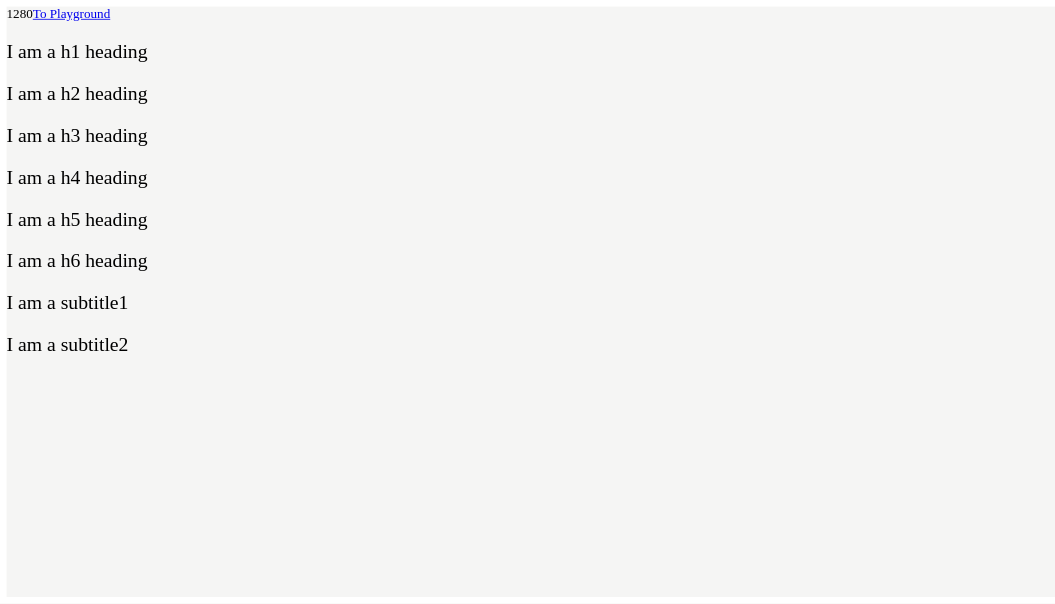
Repository: Terrycoco/coco-playground-starter
Page: /
The author's editor kept a copy of each file at every save. The page is drawn from the files as they stood at one save, then again after the next save.
The browser window is 1280 px wide. The page is 1287 px wide, so the pictures cover 1287 px, including what lies to the right of the window. The pictures show the whole page, at 82% of full size.
Some web fonts or font styles are not loaded; a fallback is used. The project was rebuilt for these pictures with package versions that can differ from the ones it lists, and the page was loaded fresh each time. The framework's server and built-in components were replaced by stand-ins that run in the browser. Also part of the build but not shown: next.config.js, src/dev/components/dropdowns/ColorDropdown.js, src/dev/components/dropdowns/FontDropdown.js, src/dev/components/dropdowns/Dropdown.js.

Above is the page before, as saved 2023-02-16 14:15:08.

### src/pages/_app.js
import "@/styles/globals.css";
import Head from "next/head";
import { ThemeProvider, ViewportProvider } from "@/context";
import "../libraries/fontawesome";
import { fontVariables } from "@/utils/fonts";
import CSSVariables from "@/styles/CSSVariables";

export default function App({ Component, pageProps }) {
  return (
    <div className={fontVariables}>
      <ViewportProvider>
        <ThemeProvider key="themeprovider">
          <CSSVariables>
            <Head>
              <meta
                name="viewport"
                content="width=device-width, initial-scale=1.0"
              />
            </Head>

            <Component {...pageProps} />
          </CSSVariables>
        </ThemeProvider>
      </ViewportProvider>
    </div>
  );
}

### src/pages/index.js
import Head from "next/head";
import Image from "next/image";
import { Inter } from "@next/font/google";
import Link from "next/link";
import Page from "@/components/layout/Page";
//import styles from "@/styles/Home.module.css";

import { ColorDropdown } from "@/dev/components/dropdowns";

const inter = Inter({ subsets: ["latin"] });

export default function Home() {
  return (
    <>
      <Head>
        <title>Create Next App</title>
        <meta name="description" content="Generated by create next app" />
        <meta name="viewport" content="width=device-width, initial-scale=1" />
        <link rel="icon" href="/favicon.ico" />
      </Head>
      <main>
        <Page>
          <Link
            type="button"
            className="inline-block px-6 py-2.5 bg-blue-600 text-white font-medium text-xs leading-tight uppercase rounded shadow-md hover:bg-blue-700 hover:shadow-lg focus:bg-blue-700 focus:shadow-lg focus:outline-none focus:ring-0 active:bg-blue-800 active:shadow-lg transition duration-150 ease-in-out"
            href="/playground"
          >
            To Playground
          </Link>
          <section style={{ maxWidth: "600px" }}>
            <p key={Math.random()} elem="h1">
              I am a h1 heading
            </p>

            <p key={Math.random()} elem="h2">
              I am a h2 heading
            </p>
            <p key={Math.random()} elem="h3">
              I am a h3 heading
            </p>
            <p key={Math.random()} elem="h4">
              I am a h4 heading
            </p>

            <p key={Math.random()} elem="h5">
              I am a h5 heading
            </p>
            <p key={Math.random()} elem="h6">
              I am a h6 heading
            </p>
            <p key={Math.random()} elem="subtitle1">
              I am a subtitle1
            </p>
            <p key={Math.random()} elem="subtitle2">
              I am a subtitle2
            </p>
          </section>
        </Page>
      </main>
    </>
  );
}

### src/styles/globals.css
h1 {
  font-size: calc(2em * var(--text-multiplier, 1));
}

p {
  font-size: calc(1em * var(--text-multiplier, 1));
}

@media (min-width: 480px) {
  :root {
    --text-multiplier: 1.25;
  }
}

@media (min-width: 640px) {
  :root {
    --text-multiplier: 1.5;
  }
}

/* :root {
  --max-width: 1100px;
  --border-radius: 12px;
  --font-mono: ui-monospace, Menlo, Monaco, "Cascadia Mono", "Segoe UI Mono",
    "Roboto Mono", "Oxygen Mono", "Ubuntu Monospace", "Source Code Pro",
    "Fira Mono", "Droid Sans Mono", "Courier New", monospace;

  --foreground-rgb: 0, 0, 0;
  --background-start-rgb: 214, 219, 220;
  --background-end-rgb: 255, 255, 255;

  --primary-glow: conic-gradient(
    from 180deg at 50% 50%,
    #16abff33 0deg,
    #0885ff33 55deg,
    #54d6ff33 120deg,
    #0071ff33 160deg,
    transparent 360deg
  );
  --secondary-glow: radial-gradient(
    rgba(255, 255, 255, 1),
    rgba(255, 255, 255, 0)
  );

  --tile-start-rgb: 239, 245, 249;
  --tile-end-rgb: 228, 232, 233;
  --tile-border: conic-gradient(
    #00000080,
    #00000040,
    #00000030,
    #00000020,
    #00000010,
    #00000010,
    #00000080
  );

  --callout-rgb: 238, 240, 241;
  --callout-border-rgb: 172, 175, 176;
  --card-rgb: 180, 185, 188;
  --card-border-rgb: 131, 134, 135;
}

@media (prefers-color-scheme: dark) {
  :root {
    --foreground-rgb: 255, 255, 255;
    --background-start-rgb: 0, 0, 0;
    --background-end-rgb: 0, 0, 0;

    --primary-glow: radial-gradient(rgba(1, 65, 255, 0.4), rgba(1, 65, 255, 0));
    --secondary-glow: linear-gradient(
      to bottom right,
      rgba(1, 65, 255, 0),
      rgba(1, 65, 255, 0),
      rgba(1, 65, 255, 0.3)
    );

    --tile-start-rgb: 2, 13, 46;
    --tile-end-rgb: 2, 5, 19;
    --tile-border: conic-gradient(
      #ffffff80,
      #ffffff40,
      #ffffff30,
      #ffffff20,
      #ffffff10,
      #ffffff10,
      #ffffff80
    );

    --callout-rgb: 20, 20, 20;
    --callout-border-rgb: 108, 108, 108;
    --card-rgb: 100, 100, 100;
    --card-border-rgb: 200, 200, 200;
  }
}

* {
  box-sizing: border-box;
  padding: 0;
  margin: 0;
}

html,
body {
  max-width: 100vw;
  overflow-x: hidden;
}

body {
  color: rgb(var(--foreground-rgb));
  background: linear-gradient(
      to bottom,
      transparent,
      rgb(var(--background-end-rgb))
    )
    rgb(var(--background-start-rgb));
}

a {
  color: inherit;
  text-decoration: none;
}

@media (prefers-color-scheme: dark) {
  html {
    color-scheme: dark;
  }
} */

### src/context/index.js
import { ThemeProvider } from "./ThemeContext";
import { ViewportProvider } from "./ViewportContext";

module.exports = { ThemeProvider, ViewportProvider };

### src/libraries/fontawesome.js
// import the library
import { library, config } from "@fortawesome/fontawesome-svg-core";

//import your icons
import { faSquare } from "@fortawesome/free-solid-svg-icons";

config.autoAddCss = false;

library.add(
  faSquare
  // more icons go here
);

### src/utils/fonts.js
import { toCamelCase, isOneOf } from "@/utils/strings";

//import from @next/font
import {
  Raleway,
  Inter,
  Space_Mono,
  Playfair_Display,
  Nunito,
  Rubik,
  Work_Sans,
  Quicksand,
  Karla,
  Josefin_Sans,
  //Noto_Sans_Bengali,
  Lora,
  Bitter,
  Roboto_Serif,
  //Noto_Serif_Bengali,
  // Noto_Sans_Display,
  // Noto_Serif_Display,
  Roboto_Mono,
  Comfortaa,
  Open_Sans,
  Oleo_Script,
  Sansita_Swashed,
  Roboto_Flex,
  Montserrat,
} from "@next/font/google";

//load each font (must do this manually UNFORTUNATELY!!!!)
const raleway = Raleway({
  subsets: ["latin"],
  variable: "--font-raleway",
});
const inter = Inter({
  subsets: ["latin"],
  variable: "--font-inter",
});
const spaceMono = Space_Mono({
  subsets: ["latin"],
  variable: "--font-space-mono",
  weight: "400",
});
const playfairDisplay = Playfair_Display({
  subsets: ["latin"],
  variable: "--font-playfair-display",
});
const nunito = Nunito({
  subsets: ["latin"],
  variable: "--font-nunito",
});
const rubik = Rubik({
  subsets: ["latin"],
  variable: "--font-rubik",
});
const workSans = Work_Sans({
  subsets: ["latin"],
  variable: "--font-work-sans",
});
const quicksand = Quicksand({
  subsets: ["latin"],
  variable: "--font-quicksand",
});
const karla = Karla({
  subsets: ["latin"],
  variable: "--font-karla",
});
const josefinSans = Josefin_Sans({
  subsets: ["latin"],
  variable: "--font-josefin-sans",
});
// const notoSansBengali = Noto_Sans_Bengali({
//   subsets: ["latin"],
//   variable: "--font-noto-sans-bengali",
// });
const lora = Lora({
  subsets: ["latin"],
  variable: "--font-lora",
});
const bitter = Bitter({
  subsets: ["latin"],
  variable: "--font-bitter",
});
const robotoSerif = Roboto_Serif({
  subsets: ["latin"],
  variable: "--font-roboto-serif",
});
// const notoSerifBengali = Noto_Serif_Bengali({
//   subsets: ["latin"],
//   variable: "--font-noto-serif-bengali",
// });

// const notoSansDisplay = Noto_Sans_Display({
//   subsets: ["latin"],
//   variable: "--font-noto-sans-display",
// });
// const notoSerifDisplay = Noto_Serif_Display({
//   subsets: ["latin"],
//   variable: "--font-noto-serif-display",
// });
const robotoMono = Roboto_Mono({
  subsets: ["latin"],
  variable: "--font-roboto_mono",
});
const comfortaa = Comfortaa({
  subsets: ["latin"],
  variable: "--font-comfortaa",
});
const openSans = Open_Sans({
  subsets: ["latin"],
  variable: "--font-open_sans",
});
const oleoScript = Oleo_Script({
  subsets: ["latin"],
  variable: "--font-oleo-script",
  weight: "400",
});
const sansitaSwashed = Sansita_Swashed({
  subsets: ["latin"],
  variable: "--font-sansita-swashed",
});
const robotoFlex = Roboto_Flex({
  subsets: ["latin"],
  variable: "--font-roboto-flex",
});
const montserrat = Montserrat({
  subsets: ["latin"],
  variable: "--font-montserrat",
});

//add the result to font list so we can access
const fonts = {
  raleway: {
    category: ["sans"],
    name: "Raleway",
    config: raleway,
  },
  inter: {
    category: ["sans"],
    name: "Inter",
    config: inter,
  },
  spaceMono: {
    category: ["mono"],
    name: "Space Mono",
    config: spaceMono,
  },
  playfairDisplay: {
    category: ["display"],
    name: "Playfair Display",
    config: playfairDisplay,
  },

  nunito: {
    category: ["sans"],
    name: "Nunito",
    config: nunito,
  },

  rubik: {
    category: ["sans"],
    name: "Rubik",
    config: rubik,
  },

  workSans: {
    category: ["sans"],
    name: "Work Sans",
    config: workSans,
  },
  quicksand: {
    category: ["sans"],
    name: "Quicksand",
    config: quicksand,
  },

  karla: {
    category: ["sans"],
    name: "Karla",
    config: karla,
  },
  josefinSans: {
    category: ["sans"],
    name: "Josefin Sans",
    config: josefinSans,
  },
  // notoSansBengali: {
  //   category: ["sans"],
  //   name: "Noto Sans Bengali",
  //   config: notoSansBengali,
  // },
  lora: {
    category: ["serif"],
    name: "Lora",
    config: lora,
  },
  bitter: {
    category: ["serif"],
    name: "Bitter",
    config: bitter,
  },
  robotoSerif: {
    category: ["serif"],
    name: "Roboto Serif",
    config: robotoSerif,
  },

  // notoSerifBengali: {
  //   category: ["serif"],
  //   name: "Noto Serif Bengali",
  //   config: notoSerifBengali,
  // },
  // notoSansDisplay: {
  //   category: ["display"],
  //   name: "Noto Sans Display",
  //   config: notoSansDisplay,
  // },
  // notoSerifDisplay: {
  //   category: ["display"],
  //   name: "Noto Serif Display",
  //   config: notoSerifDisplay,
  // },
  robotoMono: {
    category: ["mono"],
    name: "Roboto Mono",
    config: robotoMono,
  },
  comfortaa: {
    category: ["display"],
    name: "Comfortaa",
    config: comfortaa,
  },
  openSans: {
    category: ["display", "sans"],
    name: "Open Sans",
    config: openSans,
  },
  oleoScript: {
    category: ["display", "special"],
    name: "Oleo Script",
    config: oleoScript,
  },
  sansitaSwashed: {
    category: ["display", "special"],
    name: "Sansita Swashed",
    config: sansitaSwashed,
  },
  robotoFlex: {
    category: ["sans", "display", "special"],
    name: "Roboto Flex",
    config: robotoFlex,
  },
  montserrat: {
    category: ["sans", "display", "special"],
    name: "Montserrat",
    config: montserrat,
  },
};

//just return variables for use in _app (dev only)
const allFontVariables = () => {
  let result = ` `;
  for (const font in fonts) {
    result += `${fonts[font].config.variable} `;
  }
  return result;
};

//just return variables for use in _app (dev only)
const allFontClassNames = () => {
  let result = ` `;
  for (const font in fonts) {
    result += `${fonts[font].config.className} `;
  }
  return result;
};

const getFontsByCategory = () => {
  let result = {
    sans: [],
    serif: [],
    display: [],
    mono: [],
    special: [],
  };

  const fontKeys = Object.keys(fonts);

  fontKeys.forEach((fontkey) => {
    let fontObj = fonts[fontkey];

    for (const cat in fontObj.category) {
      let category = fontObj.category[cat];

      result[category].push(fontObj.name);
    }
  });

  result.sans.sort();
  result.serif.sort();
  result.display.sort();
  result.mono.sort();
  result.special.sort();
  // console.log("font list:", result);
  return result;
};

const getFontByName = (name) => {
  let varname = name.replace(" ", "");
  let key = varname[0].toLowerCase() + varname.substring(1);
  let obj = fonts[key];
  return obj;
};

const getFontClassName = (name) => {
  let obj = getFontByName(name);
  if (typeof obj === "object") {
    console.log(name, " classname:", obj.config.className);
    return obj.config.className;
  } else {
    return "";
  }
};

const getFontVariable = (name) => {
  let str = name.replaceAll(" ", "-").toLowerCase();
  return `var(--font-${str})`;
};

const getFontNameFromVar = (variable = "") => {
  if (variable.length === 0) return;
  let str = variable.slice(11, variable.length - 1);

  // TODO: futureproof list of theme categories
  if (isOneOf(str, ["body", "display", "special", "mono"])) {
    return str;
  }

  let words = str.split("-");
  words = words.map((word) => {
    return word[0].toUpperCase() + word.substring(1);
  });

  return words.join(" ");
};

const fontVariables = allFontVariables();
const fontClassNames = allFontClassNames();

export {
  getFontsByCategory,
  fontVariables,
  fontClassNames,
  fonts,
  getFontByName,
  getFontClassName,
  getFontVariable,
  getFontNameFromVar,
};

### src/styles/CSSVariables.js
//to create global CSS variables dependent on Theme
import styled from "styled-components";
import { useTheme } from "@/hooks";
import { fontVariables, getFontVariable } from "@/utils/fonts";

//TODO MAKE THIS DYNAMIC LOADING OF FONT CATEGORIES?
const Vars = styled.div`
  --font-body: ${(props) => props.theme.fonts.body};
  --font-display: ${(props) => props.theme.fonts.display};
  --font-special: ${(props) => props.theme.fonts.special};
  --font-mono: ${(props) => props.theme.fonts.mono};
  --clr-primary: ${(props) => props.theme.colors.primary};
  --clr-blackish75: ${(props) => props.theme.colors.blackish75};
`;

const CSSVariables = (props) => {
  const { theme } = useTheme();
  return <Vars theme={theme}>{props.children}</Vars>;
};

export default CSSVariables;

### src/components/layout/Page.js
import styled from "styled-components";
import { useTheme, useViewport } from "@/hooks";

let StyledPage = styled.div`
  min-height: 100vh;
  width: calc(100vw - 1px);
  overflow-x: hidden;
  overflow-y: auto;
  z-index: 0;
  background-color: white;
`;

const Page = (props) => {
  const { theme } = useTheme();
  const { width } = useViewport();
  const breakpoint = 620;

  return (
    <StyledPage
      style={theme.layout.page}
      {...props}
      onClick={(e) =>
        props.onClick ? props.onClick(e, "layout", "page") : null
      }
    >
      {width}
      {props.children}
    </StyledPage>
  );
};

export default Page;

### src/dev/components/dropdowns/index.js
import ColorDropdown from "./ColorDropdown";
import FontDropdown from "./FontDropdown";
import Dropdown from "./Dropdown";

module.exports = { ColorDropdown, FontDropdown, Dropdown };

### src/context/ThemeContext.js
import { createContext, useState, useContext } from "react";
import { initVariants } from "@/dev/utils/colorUtils";
import { currentTheme as mytheme } from "@/themes";

//create context object with defaults
export const ThemeContext = createContext({
  theme: {},
  setTheme: () => {},
});

//export Provider
export function ThemeProvider(props) {
  const setTheme = (theme) => {
    setState({ ...state, theme: theme });
  };
  const initState = {
    theme: initVariants(mytheme),
    setTheme: setTheme,
  };

  const [state, setState] = useState(initState);
  // console.log("initialTheme: , ", state);
  return (
    <ThemeContext.Provider value={state}>
      {props.children}
    </ThemeContext.Provider>
  );
}

//export useContext hook
export function useTheme() {
  return useContext(ThemeContext);
}

### src/context/ViewportContext.js
import { useContext, createContext, useState, useEffect } from "react";

export const viewportContext = createContext({});

export const ViewportProvider = ({ children }) => {
  const [width, setWidth] = useState(0); //avoid window not defined error

  const handleWindowResize = () => {
    setWidth(window.innerWidth);
  };

  useEffect(() => {
    //lets set initial size here
    setWidth(window.innerWidth);
    //and listen for changes
    window.addEventListener("resize", handleWindowResize);

    return () => window.removeEventListener("resize", handleWindowResize);
  }, []);

  return (
    <viewportContext.Provider value={{ width }}>
      {children}
    </viewportContext.Provider>
  );
};

export const useViewport = () => {
  const { width } = useContext(viewportContext);
  return { width };
};

### src/utils/strings.js
export function toCamelCase(str) {
  return str
    .split(" ")
    .map(function (word, index) {
      // If it is the first word make sure to lowercase all the chars.
      if (index == 0) {
        return word.toLowerCase();
      }
      // If it is not the first word only upper case the first char and lowercase the rest.
      return word.charAt(0).toUpperCase() + word.slice(1).toLowerCase();
    })
    .join("");
}

export function isOneOf(yourString, arrayToSearch) {
  return arrayToSearch.some((substring) => yourString.includes(substring));
}

### src/hooks/index.js
import useTheme from "@/hooks/useTheme";
import useViewport from "@/hooks/useViewport";

module.exports = { useTheme, useViewport };

### src/dev/utils/colorUtils.js
const getPctOfHex = (hex, pct) => {
  //incoming pct is pct opacity of orig color
  let inverted = 100 - pct;
  //convert incoming to hsl
  let hsl = hexToHSL(hex);

  //current lightness is 0%;
  let currentLightPct = hsl.l;
  let remainingLightPct = 100 - currentLightPct;
  let onepct = remainingLightPct / 100;
  let desiredPct = onepct * inverted + currentLightPct;
  let result = HSLToHex(hsl.h, hsl.s, desiredPct);
  return result;
};

function hexToHSL(H) {
  // Convert hex to RGB first
  let r = 0,
    g = 0,
    b = 0;
  if (H.length == 4) {
    r = "0x" + H[1] + H[1];
    g = "0x" + H[2] + H[2];
    b = "0x" + H[3] + H[3];
  } else if (H.length == 7) {
    r = "0x" + H[1] + H[2];
    g = "0x" + H[3] + H[4];
    b = "0x" + H[5] + H[6];
  }
  // Then to HSL
  r /= 255;
  g /= 255;
  b /= 255;
  let cmin = Math.min(r, g, b),
    cmax = Math.max(r, g, b),
    delta = cmax - cmin,
    h = 0,
    s = 0,
    l = 0;

  if (delta == 0) h = 0;
  else if (cmax == r) h = ((g - b) / delta) % 6;
  else if (cmax == g) h = (b - r) / delta + 2;
  else h = (r - g) / delta + 4;

  h = Math.round(h * 60);

  if (h < 0) h += 360;

  l = (cmax + cmin) / 2;
  s = delta == 0 ? 0 : delta / (1 - Math.abs(2 * l - 1));
  s = +(s * 100).toFixed(1);
  l = +(l * 100).toFixed(1);

  return { h: h, s: s, l: l };
}

function HSLToHex(h, s, l) {
  s /= 100;
  l /= 100;

  let c = (1 - Math.abs(2 * l - 1)) * s,
    x = c * (1 - Math.abs(((h / 60) % 2) - 1)),
    m = l - c / 2,
    r = 0,
    g = 0,
    b = 0;

  if (0 <= h && h < 60) {
    r = c;
    g = x;
    b = 0;
  } else if (60 <= h && h < 120) {
    r = x;
    g = c;
    b = 0;
  } else if (120 <= h && h < 180) {
    r = 0;
    g = c;
    b = x;
  } else if (180 <= h && h < 240) {
    r = 0;
    g = x;
    b = c;
  } else if (240 <= h && h < 300) {
    r = x;
    g = 0;
    b = c;
  } else if (300 <= h && h < 360) {
    r = c;
    g = 0;
    b = x;
  }
  // Having obtained RGB, convert channels to hex
  r = Math.round((r + m) * 255).toString(16);
  g = Math.round((g + m) * 255).toString(16);
  b = Math.round((b + m) * 255).toString(16);

  // Prepend 0s, if necessary
  if (r.length == 1) r = "0" + r;
  if (g.length == 1) g = "0" + g;
  if (b.length == 1) b = "0" + b;

  return "#" + r + g + b;
}

const updateVariants = (category, passedtheme) => {
  let newtheme = Object.assign({}, passedtheme);
  //just reset theme variants for one base
  let hex = passedtheme.colors[category];
  let keys = [75, 50, 25, 10, 5];

  if (!newtheme.hasOwnProperty("colorVariants")) {
    newtheme.colorVariants = {};
  }

  let variantsObj = newtheme.colorVariants;

  keys.forEach((key) => {
    let val = getPctOfHex(hex, key);
    let newkey = `${category}${key}`;
    variantsObj[newkey] = val;
  });

  //passedtheme.colors[category] = variants;
  // console.log("variants updated: ", newtheme);
  return newtheme;
};

export const initVariants = (passedtheme) => {
  // let newtheme = Object.assign({}, passedtheme);

  const myColors = Object.keys(passedtheme.colors);
  let newtheme;

  for (const idx in myColors) {
    let category = myColors[idx];
    //not for error or whitish
    if (category !== "error" && category !== "whitish") {
      newtheme = updateVariants(category, passedtheme);
    }
  } //end for

  //console.log("variants initialized", newtheme);
  return newtheme;
};

### src/themes/index.js
import learn from "./learn.js";

let currentTheme = learn;

module.exports = { currentTheme };

### src/hooks/useTheme.js
import { useTheme } from "@/context/ThemeContext";

export default useTheme;

### src/hooks/useViewport.js
import { useViewport } from "@/context/ViewportContext";

export default useViewport;

### src/themes/learn.js
export const screens = {
  xs: 0,
  mobile: "var(--lg-mobile)",
  tablet: "var(--tablet)",
  laptop: "var(--laptop)",
  desktop: "var(--desktop)",
  tv: "var(--tv)",
};

export const colors = {
  primary: "#fc3a79",
  secondary: "#fe572e",
  blackish: "#261f22",
  whitish: "#f5f5f4",
  error: "#dc2626",
};

export const colorVariants = {};

export const fonts = {
  body: "var(--font-montserrat)",
  display: "var(--font-josefin-sans)",
  special: "var(--font-oleo-script)",
  mono: "var(--font-space-mono)",
};

export const text = {
  h1: {
    color: colors.blackish,
    fontFamily: "var(--font-display)",
    fontSize: "6.063rem",
    fontWeight: "lighter",
    lineHeight: 1,
    letterSpacing: "-1.5px",
    wordSpacing: "-5px",
  },
  h2: {
    color: colors.blackish,
    fontFamily: "var(--font-display)",
    fontSize: "6.1rem",
    fontWeight: "lighter",
    lineHeight: 1.1,
    letterSpacing: "-0.5px",
  },
  h3: {
    color: colors.blackish,
    fontFamily: "var(--font-display)",
    fontSize: "4.8rem",
    fontWeight: "normal",
    lineHeight: 1.4,
    letterSpacing: 0,
  },
  h4: {
    color: colors.blackish,
    fontFamily: "var(--font-display)",
    fontSize: "3.4rem",
    fontWeight: "normal",
    lineHeight: 1.4,
    letterSpacing: ".25px",
  },
  h5: {
    color: colors.blackish,
    fontFamily: "var(--font-display)",
    fontSize: "2.4rem",
    fontWeight: "normal",
    lineHeight: 1.4,
    letterSpacing: 0,
  },
  h6: {
    color: colors.blackish,
    fontFamily: "var(--font-display)",
    fontSize: "2rem",
    fontWeight: "medium",
    lineHeight: 1.4,
    letterSpacing: ".15px",
  },
  subtitle1: {
    color: colors.blackish,
    fontFamily: "var(--font-display)",
    fontSize: "1.6rem",
    fontWeight: "normal",
    lineHeight: 1.4,
    letterSpacing: ".15px",
  },
  subtitle2: {
    color: colors.blackish,
    fontFamily: "var(--font-display)",
    fontSize: "1.4rem",
    fontWeight: "medium",
    lineHeight: 1.4,
    letterSpacing: ".1px",
  },
};

export const layout = {
  page: {
    backgroundColor: colors.whitish,
  },
};

let theme = { screens, colors, colorVariants, fonts, text, layout };

export default theme;

Loaded but not shown: src/pages/_document.js (common file)

After the next save:
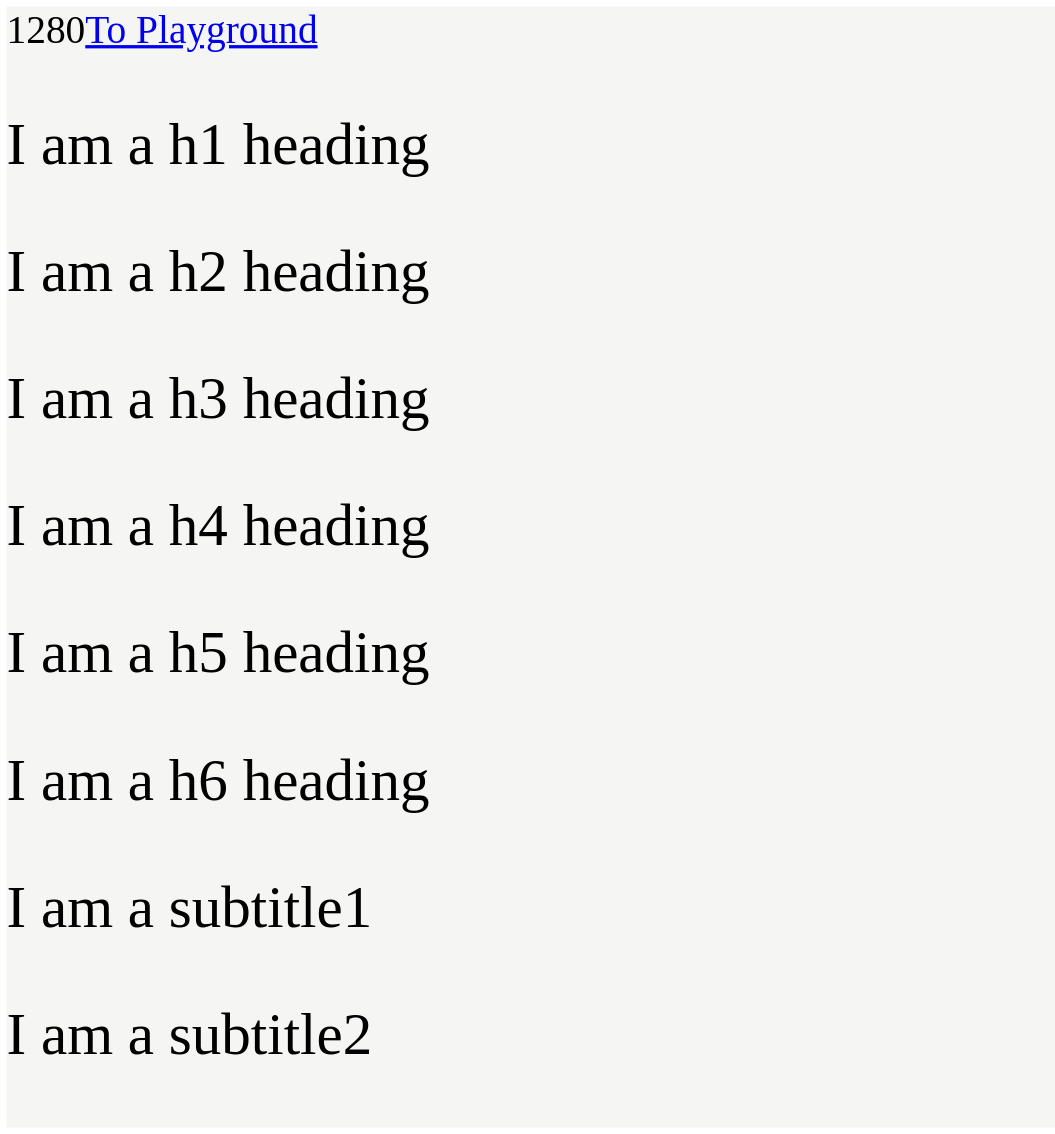
Saved 82 s later.
--- a/src/styles/globals.css
+++ b/src/styles/globals.css
@@ -1,4 +1,4 @@
-h1 {
+:root {
   font-size: calc(2em * var(--text-multiplier, 1));
 }
 
